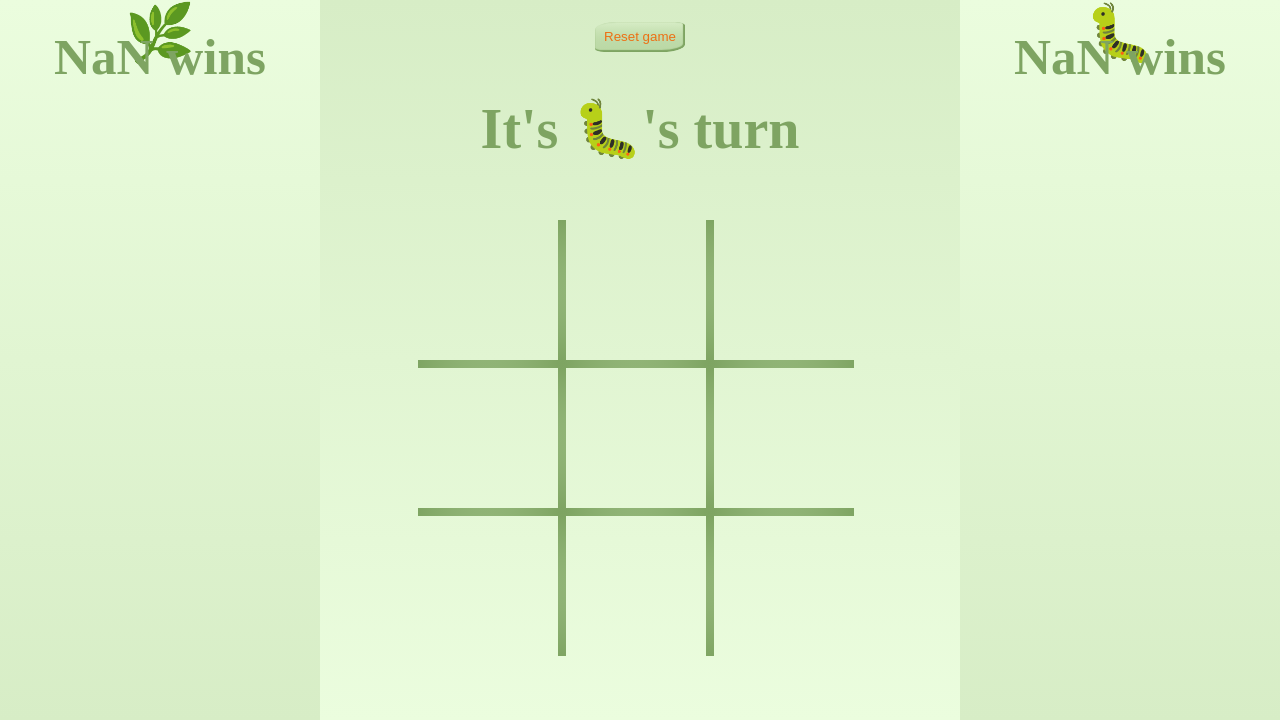
Repository: AsherSpurr/tic-tac-toe
Page: index.html
These files come from the project's save history. The page is drawn as it stood at one moment and after a run of saves; the edit follows.
The browser window is 1280 px wide. The pictures show the whole page.
Some web fonts or font styles are not loaded; a fallback is used.

Above is the page before, as saved 2024-01-14 13:46:05.

### index.html
<!DOCTYPE html>
<html lang="en">
<head>
    <meta charset="UTF-8">
    <meta name="viewport" content="width=device-width, initial-scale=1.0">
    <link rel="stylesheet" type="text/css" href="styles.css">
    <link rel="preconnect" href="https://fonts.googleapis.com">
    <link rel="preconnect" href="https://fonts.gstatic.com" crossorigin>
    <link href="https://fonts.googleapis.com/css2?family=Bad+Script&family=Poppins:wght@300&display=swap" rel="stylesheet">
    <title>Two player tic tac toe</title>
</head>
<body">
    <section class="column" id="left-column">
        <article class="player-box" id="player1">
            <h3 class="player" id="player1-icon">🌿</h3>
            <h4 class="wins" id="player1-wins"></h4>
        </article>
    </section>
    <section class="game-play">
        <div class="reset-container">
            <button class="reset-button">Reset game</button>
        </div>
        <h1 class="welcome-message">✨Tic Tac Toe✨</h1>
        <h2 class="turns hidden">It's 🐛's turn</h2>
        <section class="gameboard-container">
            <div class="cell" id="cell1"></div>
            <div class="cell" id="cell2"></div>
            <div class="cell" id="cell3"></div>
            <div class="cell" id="cell4"></div>
            <div class="cell" id="cell5"></div>
            <div class="cell" id="cell6"></div>
            <div class="cell" id="cell7"></div>
            <div class="cell" id="cell8"></div>
            <div class="cell" id="cell9"></div>
        </section>
    </section>
    <section class="column" id="right-column">
        <article class="player-box" id="player2">
            <h3 class="player" id="player2-icon">🐛</h3>
            <h4 class="wins" id="player2-wins"></h4>
        </article>
    </section>
</body>
    <script type="text/javascript" src="main.js"></script>
</html>

### styles.css
body {
    height: 100%;
    width: 100%;
    margin: 0;
    font-family: 'Bad Script';
    color: #7ea462;
}

.column {
    background-image: linear-gradient(#ebfdde, #d7edc6);
    height: 100vh;
    width: 25vw;
}

#left-column {
    float: left;
}

#right-column {
    float: right;
}

.game-play {
    background-image: linear-gradient(#d7edc6, #ebfdde);
    height: 100vh;
    width: 50vw;
    float: inline-start;
    display: flex;
    align-items: center;
    flex-direction: column;
    justify-content: space-around;
}

.gameboard-container {
    display: flex;
    flex-wrap: wrap;
    width: 444px;
    height: 366px;
    margin-bottom: 8em;
}

.cell {
    display: flex;
    justify-content: center;
    align-items: center;
    background-color: transparent;
    border-style: solid;
    border-width: 4px;
    border-image: radial-gradient(#bad8a4, #7ea462) 1;
    height: 140px;
    width: 140px;
    font-size: 80px;
}

.player-box {
    display: flex;
    align-items: center;
    flex-direction: column;
    margin: 0;
}

.player {
    font-size: 350%;
    margin: 0;
    margin-bottom: -.70em;
}

.wins {
    font-size: 320%;
    margin: 0;
}

.welcome-message,
.turns {
    font-size: 350%;
    max-height: 20vh;
    margin-top: 5%;
}

.reset-container {
    display: flex;
    align-items: end;
    margin-top: 1em;

}

.reset-button {
    color: #ed7014;
    height: 30px;
    width: 90px;
    border-radius: 25% 10%;
    border: 1px transparent;
    background-image: linear-gradient(0deg, #bad8a4, 70%, #d7edc6);
    box-shadow: inset -1px -1px 1px 1px #7ea462;
}

.cell:nth-child(1) {
    border-top: transparent;
    border-left: transparent;
}


.cell:nth-child(2) {
    border-top: transparent;
}


.cell:nth-child(3) {
    border-top: transparent;
    border-right: transparent;
}


.cell:nth-child(4) {
    border-left: transparent;
}


.cell:nth-child(6) {
    border-right: transparent;
}


.cell:nth-child(7) {
    border-left: transparent;
    border-bottom: transparent;
}


.cell:nth-child(8) {
    border-bottom: transparent;
}


.cell:nth-child(9) {
    border-bottom: transparent;
    border-right: transparent;
}


.hidden {
    display: none;
}

### main.js
var players = [
    {
        name: 'player1',
        icon: '🌿',
        isTurn: false,
        hasWon: false,
        plays: [],
        wins: 0
    },
    {
        name: 'player2',
        icon: '🐛',
        isTurn: true,
        hasWon: false,
        plays: [],
        wins: 0
    }
]

var winningCombos = [
    ['cell1', 'cell2', 'cell3'],
    ['cell4', 'cell5', 'cell6'],
    ['cell7', 'cell8', 'cell9'],
    ['cell1', 'cell4', 'cell7'],
    ['cell2', 'cell5', 'cell8'],
    ['cell3', 'cell6', 'cell9'],
    ['cell1', 'cell5', 'cell9'],
    ['cell3', 'cell5', 'cell7'],
]

var welcomeMessage = document.querySelector('.welcome-message')
var turns = document.querySelector('.turns')
var gameBoard = document.querySelector('.gameboard-container')
var winsPlayer1 = document.getElementById('player1-wins')
var winsPlayer2 = document.getElementById('player2-wins')

window.addEventListener('load', refreshWins)

gameBoard.addEventListener('click', (event) => {
    checkforPlay(event)
});

setTimeout(replaceDisplayMessage, 1500)

function replaceDisplayMessage() {
    turns.classList.remove('hidden')
    welcomeMessage.classList.add('hidden')
}

function checkforPlay(event) {
    localStorage.setItem('wins0', players[0].wins)
    localStorage.setItem('wins1', players[1].wins)
    var event = event.target.closest('div')
    for (var i = 0; i < players.length; i++) {
        if (players[0].hasWon === true || players[1].hasWon === true) {
            break
        }
        if (players[i].isTurn === true && event.innerText === '') {
            renderCellIcon(event, players[i])
            trackPlay(event, players[i])
            changeTurn()
            trackWins(players[i])
        }
    }
}

function renderCellIcon(event, player) {
    event.innerText = `${player.icon}`
}

function trackPlay(event, player) {
    player.plays.push(event.id)
}

function changeTurn() {
    for (var i = 0; i < players.length; i++) {
        players[i].isTurn = !players[i].isTurn
        renderTurnIcon()
    }
}

function renderTurnIcon() {
    for (var i = 0; i < players.length; i++) {
        if (players[i].isTurn === true) {
            turns.innerText = `It's ${players[i].icon}'s turn`
        }
    }
}

function trackWins(player) {
    for (var i = 0; i < winningCombos.length; i++) {
        counter = 0;
        for (var j = 0; j < player.plays.length; j++) {
            if (winningCombos[i].includes(player.plays[j])) {
                counter++
            }
            if (counter === 3) {
                player.hasWon = true
                // console.log(`line 102: ${player.wins}`)
                player.wins++
                // storeWinsLocally(player)
                refreshWins(player)
                renderWinner(player)
                renderWins(player)
                setTimeout(reloadGameboard, 1500)
            }
        }
    }
    isDraw(player)
}
// function storeWinsLocally() {
//     for(var i = 0; i < players.length; i++) {
//         if(players[i].name === 'player1') {
//             localStorage.setItem('wins0', players[i].wins)
//         }
//         else {
//             localStorage.setItem('wins1', players[i].wins)
//         }
//     }
//     console.log(`wins0: ${localStorage.wins0}`)
//     console.log(`wins1: ${localStorage.wins1}`)
//     refreshWins()
// }

function refreshWins(player) {
    var wins0 = parseInt(localStorage.getItem('wins0'))
    var wins1 = parseInt(localStorage.getItem('wins1'))
    if(player)
    players[0].wins = wins0
    players[1].wins = wins1

    renderWins(players[0])
    renderWins(players[1])
}

function isDraw(player) {
    if (player.plays.length === 5 && !player.hasWon) {
        declareDraw()
        setTimeout(reloadGameboard, 1500)
    }
}

function renderWinner(player) {
    turns.innerText = `${player.icon} won!`
}

function declareDraw() {
    turns.innerText = `Draw!`
}

function reloadGameboard() {
    for (var i = 0; i < players.length; i++) {
        if (players[i].hasWon === true || players[i].plays.length === 5) {
            for (var child of gameBoard.children) {
                child.innerText = ""
            }
            resetInitialValues()
            renderTurnIcon()
        }

    }
}

function resetInitialValues() {
    for (var i = 0; i < players.length; i++) {
        players[i].hasWon = false
        players[i].plays.splice(0, players[i].plays.length)
    }
}

function renderWins(player) {
    if (player.name === 'player1') {
        winsPlayer1.innerText = `${players[0].wins} wins`
    }
    else {
        winsPlayer2.innerText = `${players[1].wins} wins`
    }
}

After the next 3 saves:
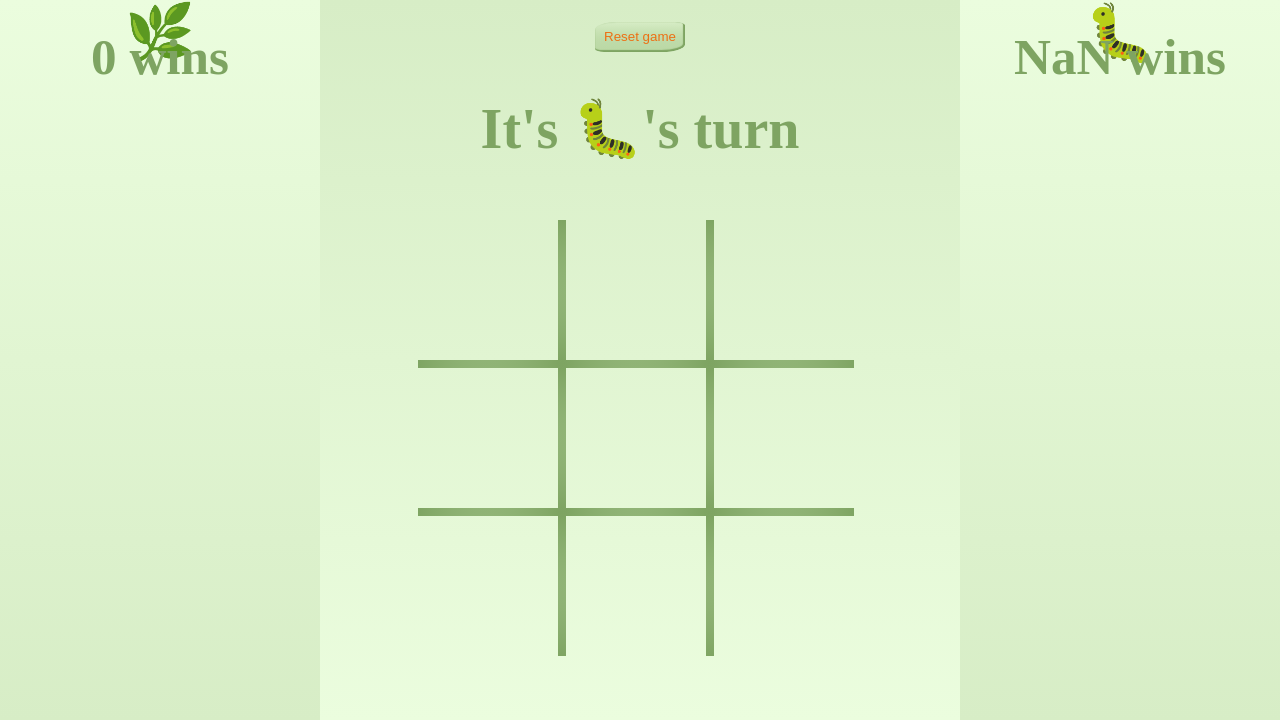
The 3 saves are shown as one change because they came seconds apart.
The last was saved 9 s later.
--- a/main.js
+++ b/main.js
@@ -125,7 +125,7 @@ function trackWins(player) {
 function refreshWins(player) {
     var wins0 = parseInt(localStorage.getItem('wins0'))
     var wins1 = parseInt(localStorage.getItem('wins1'))
-    if(player)
+    if(player.name === 'player1')
     players[0].wins = wins0
     players[1].wins = wins1
 
